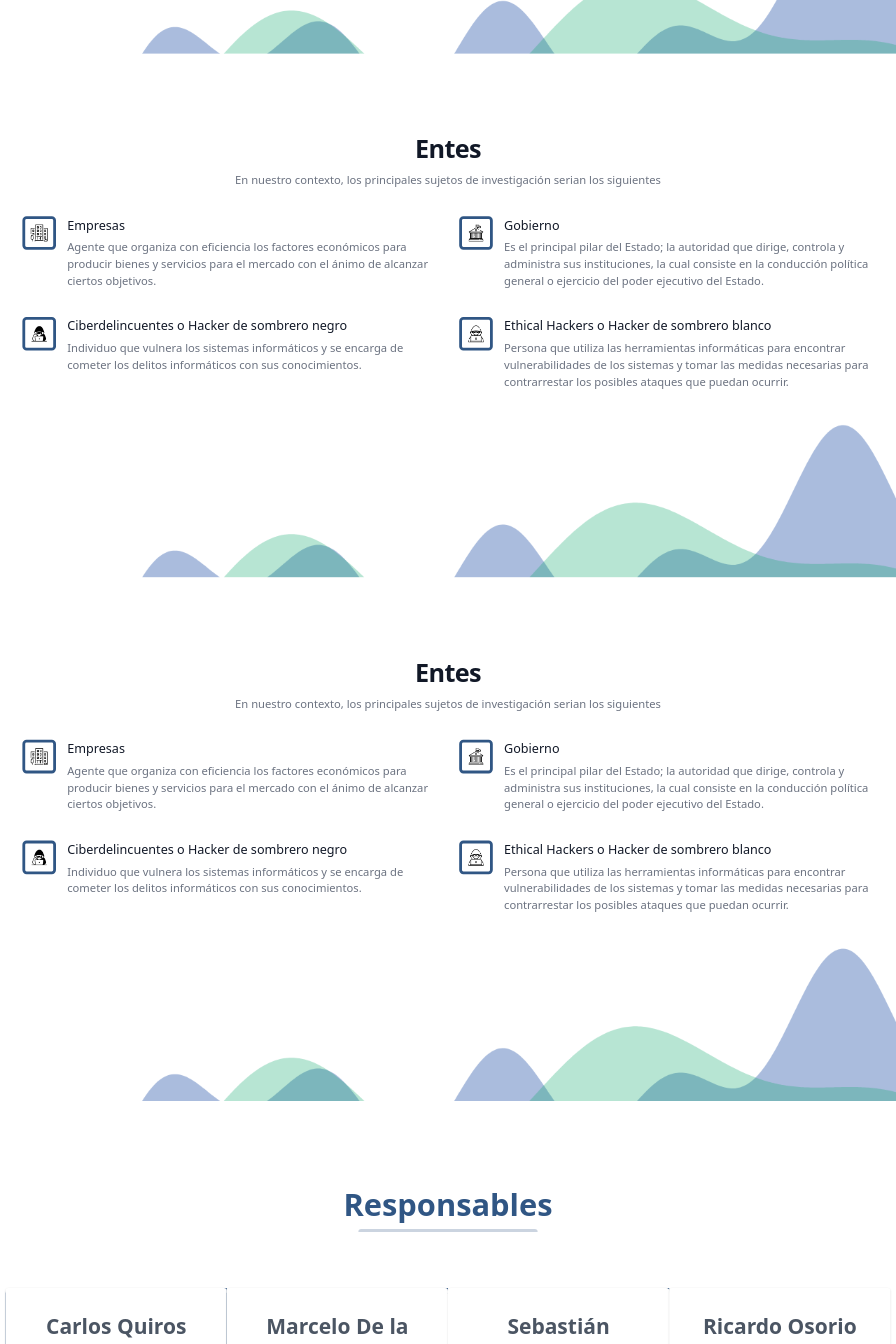
Repository: cardacar/fdi-2022
Page: /
The author's editor kept a copy of each file at every save. The page is drawn from the files as they stood at one save, then again after the next save.
The browser window is 1280 px wide. The pictures show the part of the page from y = 2847 to 4767 px (the page is 5618 px tall), at 70% of full size.
The project was rebuilt for these pictures with package versions that can differ from the ones it lists, and the page was loaded fresh each time. The framework's server and built-in components were replaced by stand-ins that run in the browser. Also part of the build but not shown: next.config.js.

Above is the page before, as saved 2022-08-07 16:07:22.

After the next save:
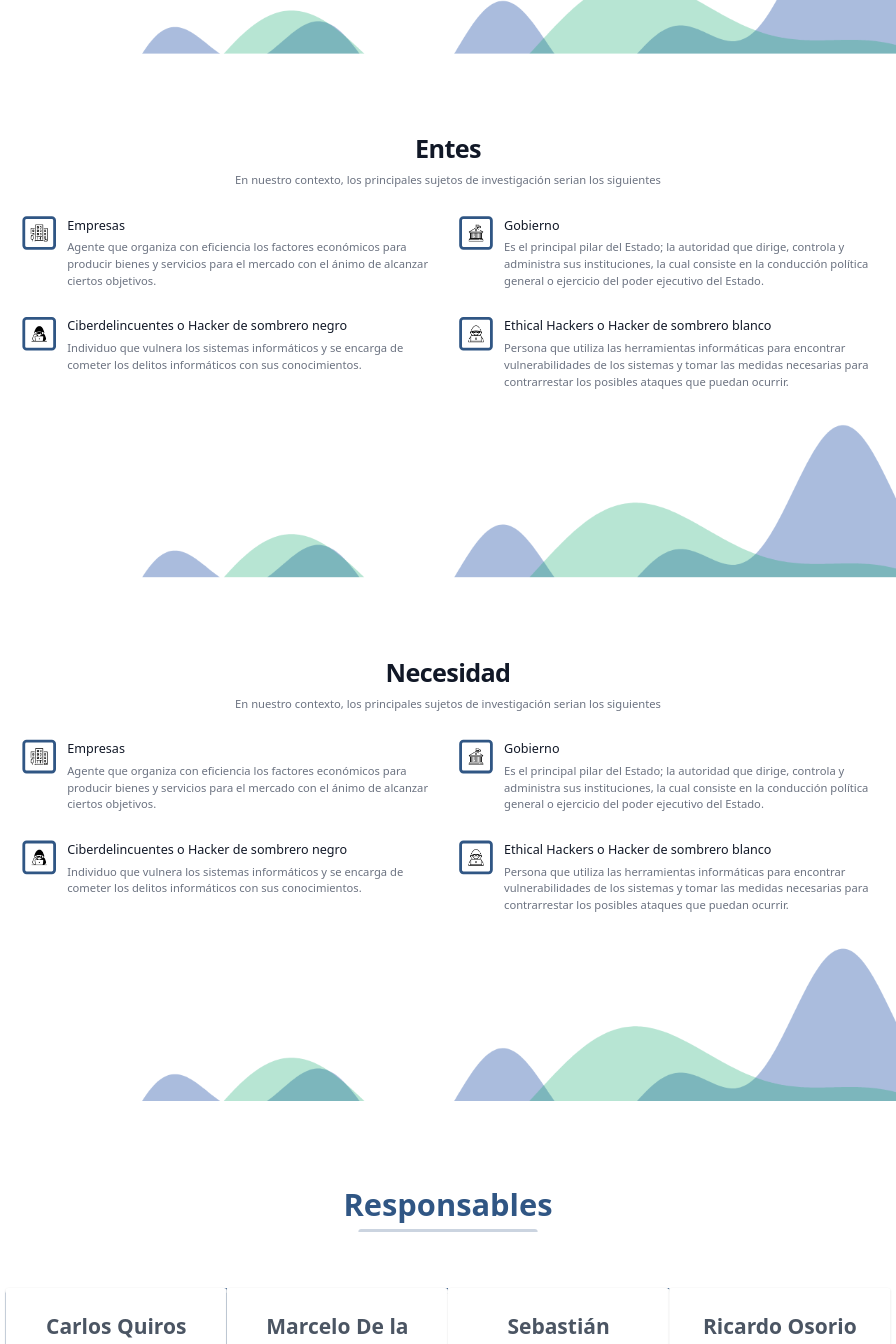
Saved 30 s later.
--- a/src/config/index.json
+++ b/src/config/index.json
@@ -76,7 +76,7 @@
   },
   "Necesidad": {
     "title": "",
-    "subtitle": "Entes",
+    "subtitle": "Necesidad",
     "description": "En nuestro contexto, los principales sujetos de investigación serian los siguientes",
     "items": [
       {
